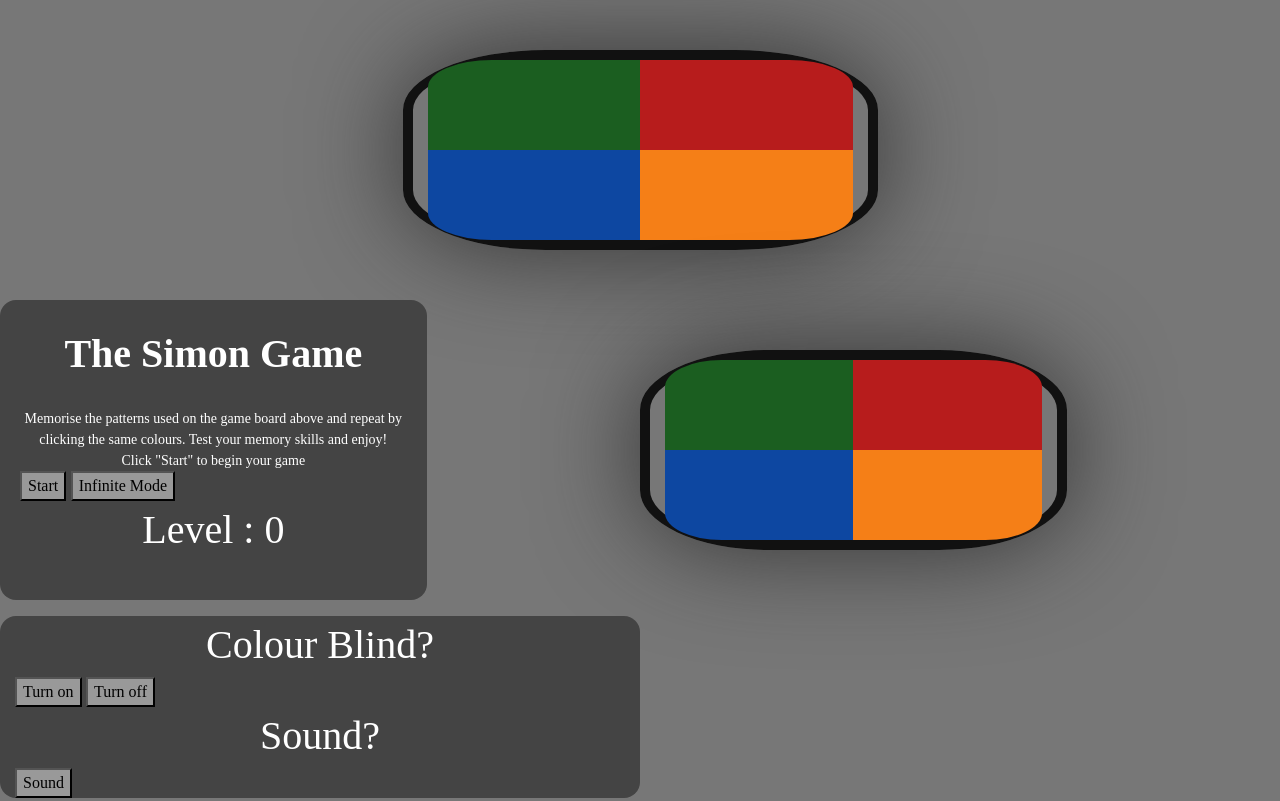
Repository: Didgerydont/interative_front_end_design_project
Page: indexTest.html
The author's editor kept a record of every edit. The page is drawn from the files as they stood at one moment, then again after the next edit.
The browser window is 1280 px wide. The pictures show the whole page.
Some web fonts or font styles are not loaded; a fallback is used. Some web libraries are served in a nearby version.

Above is the page before.

### indexTest.html
<!DOCTYPE html>
<html lang="en">

<head>
    <meta charset="UTF-8">
    <meta name="viewport" content="width=device-width, initial-scale=1.0">
    <meta http-equiv="X-UA-Compatible" content="ie=edge">
    <link rel="stylesheet" href="https://stackpath.bootstrapcdn.com/bootstrap/4.3.1/css/bootstrap.min.css" type="text/css" />
    <link rel="stylesheet" href="https://maxcdn.bootstrapcdn.com/font-awesome/4.7.0/css/font-awesome.min.css" type="text/css" />
    <link rel="stylesheet" href="https://cdnjs.cloudflare.com/ajax/libs/hover.css/2.1.1/css/hover-min.css" type="text/css" />
    <link href="https://fonts.googleapis.com/css?family=Barriecito&display=swap" rel="stylesheet">
    <link rel="stylesheet" href="css/style.css">


    <title>Simon Game</title>

    <audio id="clip1" src="https://s3.amazonaws.com/freecodecamp/simonSound1.mp3"></audio>
    <audio id="clip2" src="https://s3.amazonaws.com/freecodecamp/simonSound2.mp3"></audio>
    <audio id="clip3" src="https://s3.amazonaws.com/freecodecamp/simonSound3.mp3"></audio>
    <audio id="clip4" src="https://s3.amazonaws.com/freecodecamp/simonSound4.mp3"></audio>
</head>

<body>
    <div class="container">
        <div class="row">
            <div class="col-sm-5 offset-1" id="gameContainer">
                <div class="option one" id="1"></div>
                <div class="option two" id="2"></div>
                <div class="option three" id="3"></div>
                <div class="option four" id="4"></div>
            </div>
        </div>
    </div>
    <div class="container-fluid">
        <div class="row">
            <div class="col-md-4" id="infoBox">
                <h1 class="header" id="title">The Simon Game</h1>
                <p class="opening-paragraph">Memorise the patterns used on the game board above and repeat by clicking the same colours. Test your memory skills and enjoy!<br>Click "Start" to begin your game</p>
                <button class="startButton">Start</button>
                <button class="infiniteButton">Infinite Mode</button>
                <h2 id="level">Level : 0</h2>
            </div>
            <div class="col-sm-4 offset-1" id="gameContainer">
                <div class="option one" id="1"></div>
                <div class="option two" id="2"></div>
                <div class="option three" id="3"></div>
                <div class="option four" id="4"></div>
            </div>
            <div class="col-md-6 cBlindBox">
                <h2>Colour Blind?</h2>
                <button id="accessibilityOn">Turn on</button>
                <!-- #332288, #44AA99, #AA3F99, #DDCC77 --- wong method -->
                <button id="accessibilityOff">Turn off</button>
                <h2>Sound?</h2>
                <button id="mute-audio">Sound</button>
            </div>
        </div>
    </div>


</body>
<script src="https://code.jquery.com/jquery-3.4.1.min.js" integrity="sha256-CSXorXvZcTkaix6Yvo6HppcZGetbYMGWSFlBw8HfCJo=" crossorigin="anonymous"></script>
<script type="text/javascript" src="scripts/script.js"></script>

</html>

### css/style.css
body{
 background-color: #777;
}

h1 {
 color: white;
 font-size: 40px;
 font-weight: bold;
 text-align: center;
 padding-top: 10px;
 margin-bottom: 30px;
 font-family: 'Barriecito', cursive;
}

p {
 color: white;
 font-size: 14px;
 margin-top: 0px;
 margin-bottom: 0px;
 text-align: center;
 position: relative;
 font-family: 'Barriecito', cursive;
}

h2 {
 margin-top: 5px;
 color: white;
 text-align: center;
 font-size: 40px;
 font-family: 'Barriecito', cursive;
}

button {
 background-color: #999;
 font-family: 'Barriecito', cursive;
}

.container {
 text-align: center;
}

#gameContainer {
 display: flex;
 flex-wrap: wrap;
 height: 200px;
 width: 180px;
 border-radius: 30%;
 border: 10px solid #111;
 margin: 50px auto;
 position: relative;
 box-shadow: 0px 0px 100px #333;
}

#infoBox {
 padding: 20px 20px 20px 20px;
 background-color: #444;
 border-radius: 16px;
}

.startButton{
 cursor: pointer;
}

.option {
 width: 50%;
 height: 50%;
 float: left;
 margin: auto;
 cursor: pointer;
}

/* Colours */

.one {
 background-color: #1B5E20;
 border-radius: 30% 0 0 0;
}

.two {
 background-color: #B71C1C;
 border-radius: 0 30% 0 0;
}

.three {
  background-color: #0D47A1;
  border-radius: 0 0 0 30%;
}

.four {
  background-color: #F57F17;
  border-radius: 0 0 30% 0;
}

.colourBlind1 {
  background-color: #332288;
  border-radius: 30% 0 0 0;
}

.colourBlind2 {
  background-color: #44AA99;
  border-radius: 0 30% 0 0;
}

.colourBlind3 {
  background-color: #AA3F99;
  border-radius: 0 0 0 30%;
}

.colourBlind4 {
  background-color: #DDCC77;
  border-radius: 0 0 30% 0;
}


.cBlindBox{
 background-color: #444;
 border-radius: 16px;
 margin-top: 16px;
}

### scripts/script.js
$(document).ready(function() {

    $("#accessibilityOn").click(function() {
        $('#1').fadeOut(300).removeClass('one').addClass('colourBlind1').fadeIn(300);
        $('#2').fadeOut(300).removeClass('two').addClass('colourBlind2').fadeIn(300);
        $('#3').fadeOut(300).removeClass('three').addClass('colourBlind3').fadeIn(300);
        $('#4').fadeOut(300).removeClass("four").addClass('colourBlind4').fadeIn(300);
    });

    $("#accessibilityOff").on('click', function() {
        $('#1').fadeOut(300).removeClass('colourBlind1').addClass('one').fadeIn(300);
        $('#2').fadeOut(300).removeClass('colourBlind2').addClass('two').fadeIn(300);
        $('#3').fadeOut(300).removeClass('colourBlind3').addClass('three').fadeIn(300);
        $('#4').fadeOut(300).removeClass('colourblind4').addClass('four').fadeIn(300);
    });

    $(".infiniteButton").on('click', function(){
        finish = false;
        $(".infiniteButton").css('background-color', 'red');
    });
    $(".infiniteButton").off('click', function(){
        finish = true;
        $(".infiniteButton").css('background-color', 'grey');
    });

    var newPattern = [];
    var spentPattern = [];
    var level = 0;
    var gameChecker = false;
    var finish = true; // add a function for finish = false for infinite game mode
    var maxLevel = level + 3;


    //random number generator
    function randomNumber(min, max) {
        return Math.round(Math.random() * (max - min)) + min;
    }

    //pValue is a random number between one and four
    function addPattern() {
        var pValue = randomNumber(1, 4);

        // push a new number to newPattern array
        newPattern.push(pValue);
    }

    function playPattern() {
        // takes newPattern array
        for (var i = 0; i < newPattern.length; i++) {
            var delayTime = i * 800;

            setTimeout(flashSquare, delayTime);
        }
    }

    function flashSquare() {
        var item = newPattern.pop();
        var itemSound = document.getElementById('clip' + item);
        itemSound.play();
        gameChecker = true;



        // pops and removes first item of array and animates the square eg. #2, #3 etc.
        $('#' + item).animate({
            opacity: 0.2
        }, 200).animate({
            opacity: 1
        }, 100);
        //animation takes 300 ms in total. The difference in opacity for different time lengths will create the "flash" effect


        spentPattern.push(item);
        // take the item  removed from newPattern and add it to spentPattern
        if (newPattern.length <= 0) {
            // add the click event once cpu is finished showing the newPattern
            createClicks();
        }
    } // end flashSquare()

    function createClicks() {
        $('.option').click(function() {
            // item = Index 0 of spentPattern
            var item = spentPattern.shift();
            // optionId = clicked square
            var optionId = $(this).attr('id');

            $(this).animate({ opacity: .2 }, 200).animate({ opacity: 1 }, 100) // animate the clicked the box
            // if the click matches the item remove it from spentPattern and add it to newPattern
            if (item == optionId) {
                //adds item back to newPattern array
                newPattern.push(item);

                if (spentPattern.length <= 0) {
                    level++;
                    $('#level').html('Level: ' + level);
                    removeClicks();
                    //user is finished clicking through the newPattern successfully
                    // add new square to newPattern
                    addPattern();
                    setTimeout(playPattern, 800);
                }

                if (finish == true && level >= 3) {
                    $('p').html('Winner alright! Winner alright!<br>You reached the maximum level. <br>Press start to play again');
                    alert("You have finished the game!!");
                    gameChecker = false;
                    removeClicks();
                    resetGame();


                }
            }
            else {
                // else game over
                gameChecker = false;
                $('h1').html('Game Over').css({
                    fontSize: 60,
                    marginBottom: 15,
                    marginTop: 15
                });
                $('p').html('Click on "Start" to Restart');
                // clear out both new and spent pattern arrays
                removeClicks();
                //resetGame();
                addPattern();
                playPattern();
                newPattern = [];
                spentPattern = [];
                $(".infiniteButton").show();
            }
        }); // end .option click
    } // end create click

    function removeClicks() {
        //removes all events from element
        $('.option').unbind();
    }

    function startGame() {
        removeClicks();
        resetGame();
        addPattern();
        playPattern();
        $('h1').html('The Simon Game').css({
            fontSize: 40
        });
        $('p').html('Memorise the patterns used on the game board above and repeat by clicking the same colours. Test your skills and enjoy!');
        $('#level').html('Level: 0');
        if(finish == true){
            $(".infiniteButton").hide();
        }
    }

    function resetGame() {
        level = 0;
        newPattern = [];
        spentPattern = [];

    }


    $('.startButton').click(function() {
        if (gameChecker === false) {
            startGame();
        }
    });


    //Sound starts as muted but can be turned on via the sound button.
    $("audio").prop('muted', true);
    $("#mute-audio").click(function() {
        if ($("audio").prop('muted')) {
            $("audio").prop('muted', false);
        }
        else {
            $("audio").prop('muted', true);
        }
    });

});

After the next edit:
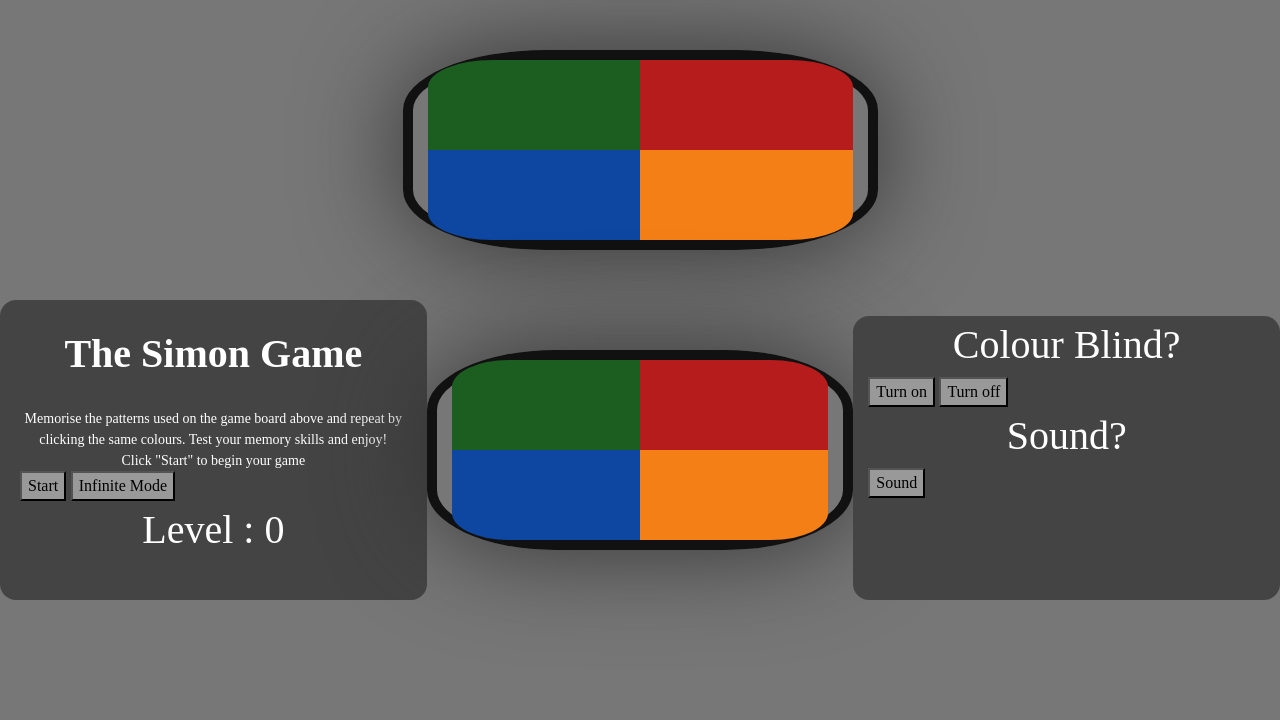
The edit:
--- a/indexTest.html
+++ b/indexTest.html
@@ -46,7 +46,7 @@
                 <div class="option three" id="3"></div>
                 <div class="option four" id="4"></div>
             </div>
-            <div class="col-md-6 cBlindBox">
+            <div class="col-md-4 cBlindBox">
                 <h2>Colour Blind?</h2>
                 <button id="accessibilityOn">Turn on</button>
                 <!-- #332288, #44AA99, #AA3F99, #DDCC77 --- wong method -->
